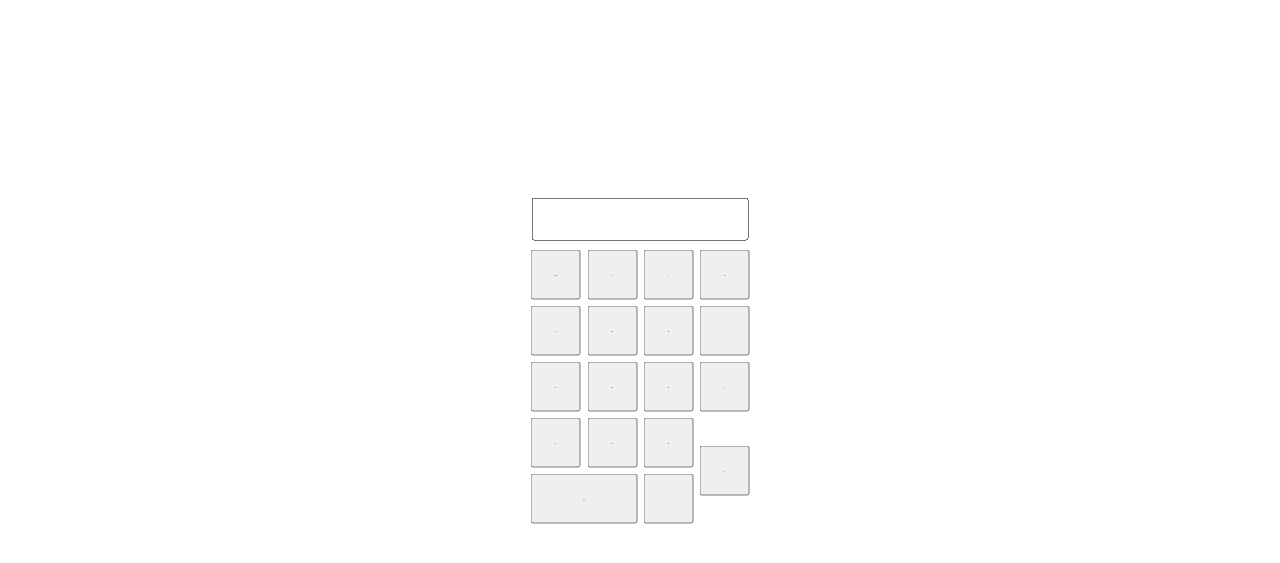
Repository: lacey-crenshaw/calculator
Page: index.html
These files come from the project's save history. The page is drawn as it stood at one moment and after the next save; the edit follows.
The browser window is 1280 px wide. The pictures show the whole page.

Above is the page before, as saved 2020-02-14 09:50:38.

After the next save:
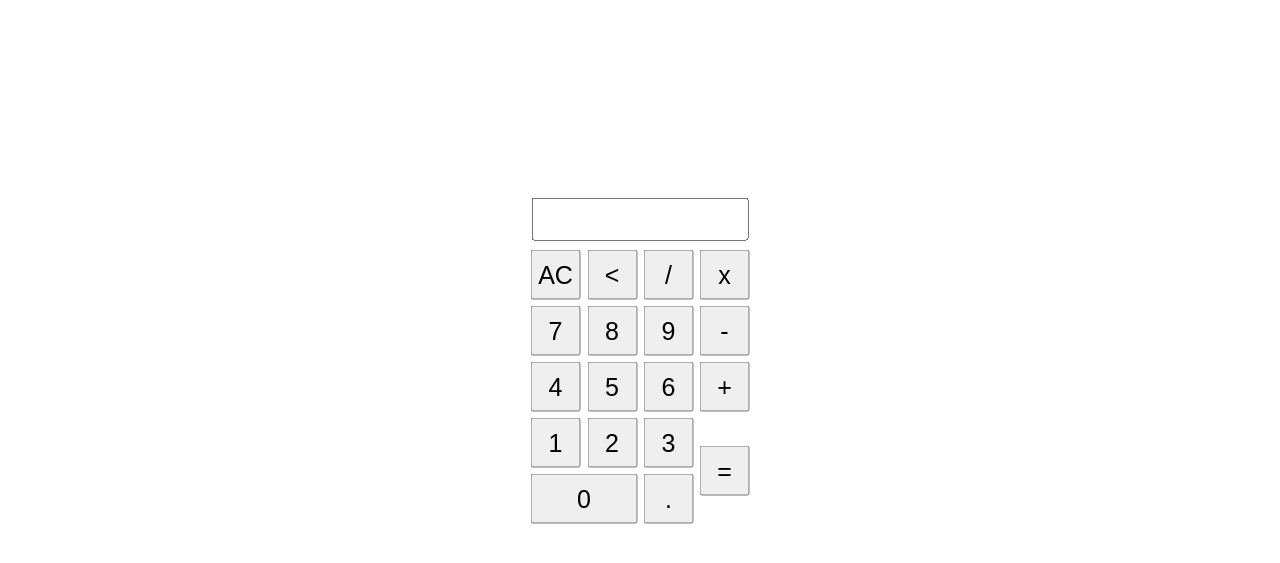
Saved 37 s later.
--- a/style.css
+++ b/style.css
@@ -6,7 +6,7 @@
 .button {
     width: 50;
     height: 50;
-    font-size: 2.5;
+    font-size: 25;
     margin: 2;
     cursor: pointer;
 }
